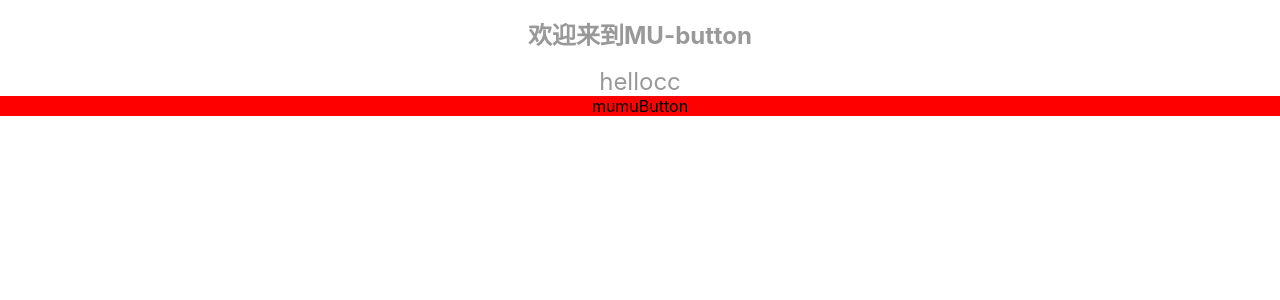
Repository: HuoXiaoYe/huoxiaoye_mumu
Page: /
An editor plug-in stored every save of this project. The page is shown before and after the next save, followed by the edit.
The browser window is 1280 px wide. The pictures show the whole page.
The project was rebuilt for these pictures with package versions that can differ from the ones it lists, and the page was loaded fresh each time.

Above is the page before, as saved 2020-07-04 13:11:07.

### src/App.tsx
import React from 'react';
import './App.css';
import ButtonWrap from "./pages/buttonWrap/buttonWrap"

function App() {
  return (
    <div className="App">
      <ButtonWrap />
    </div>
  );
}

export default App;

### src/pages/buttonWrap/buttonWrap.tsx
import React from "react"
import "./index.less"
import MUButton from "../../components/button/button"
import Title from "../title/title"

function ButtonWrap(){
    return (
        <div className="button-wrap">
            <h1 className="mu-title">欢迎来到MU-button</h1>
            <Title type="first">hellocc</Title>

            <MUButton />
        </div>
    )
}

export default ButtonWrap

### src/pages/buttonWrap/index.less
@import '@/assets/less/common.less';

### src/components/button/button.tsx
import React,{useEffect} from 'react'
import {IProps} from "@/tsconfig/MUButton"
import "./index.less"


function MUButton(props:IProps){
    useEffect(()=>{
        console.log("initional")
    })
    return (
        <div className="mu-button">
            mumuButton
        </div>
    )
}

export default MUButton

### src/pages/title/title.tsx
/* eslint-disable react-hooks/exhaustive-deps */
import React, {useState,useEffect} from "react"
import "./index.less"

type titleType = 'first' | 'second'

interface IProps {
    type : titleType,
    children?:any
}

function Title(props:IProps){
    const [,setClassName ]= useState<titleType>('first');
    useEffect(()=>{
        setClassName(props.type)
    })

    return (
        <div className="title-wrap">
            {
                props.type === 'first' ?
                <div className="firse-level">
                    {
                        props.children
                    }
                </div>:
                <div className="second-level">
                    {
                        props.children
                    }
                </div>
            }
        </div>
    )
}

export default Title

### src/assets/less/common.less
.mu-title{
    font-size: 24px;
    color: #999;
}

### src/components/button/index.less
.mu-button{
    background-color: red;
}

### src/pages/title/index.less
.title-wrap{
    .firse-level{
        font-size: 24px;
        color: #999;
    }
    .second-level{
        font-size:16px;
        color: #999;
        text-align: left;
    }
}

Loaded but not shown: public/index.html (common file); src/index.tsx (common file); src/index.css (common file); src/App.css (common file)

After the next save:
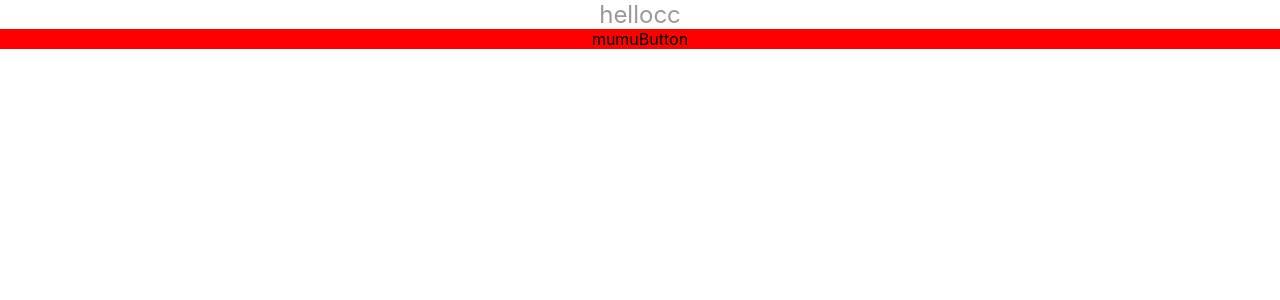
Saved 28 s later.
--- a/src/pages/buttonWrap/buttonWrap.tsx
+++ b/src/pages/buttonWrap/buttonWrap.tsx
@@ -6,7 +6,6 @@
 function ButtonWrap(){
     return (
         <div className="button-wrap">
-            <h1 className="mu-title">欢迎来到MU-button</h1>
             <Title type="first">hellocc</Title>
 
             <MUButton />
